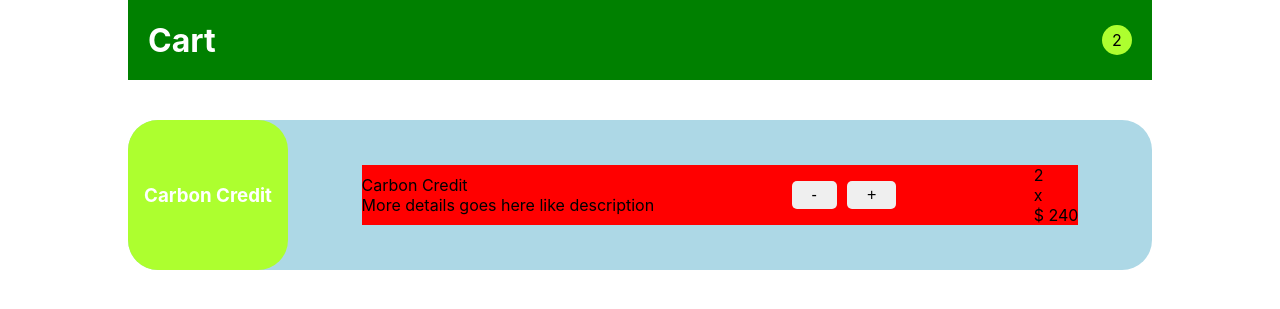
Repository: Yowani24/CarbonApp
Page: /cart
These files come from the project's save history. The page is drawn as it stood at one moment and after the next save; the edit follows.
The browser window is 1280 px wide. The pictures show the whole page.
The project was rebuilt for these pictures with package versions that can differ from the ones it lists, and the page was loaded fresh each time. The framework's server and built-in components were replaced by stand-ins that run in the browser. Also part of the build but not shown: next.config.js.

Above is the page before, as saved 2021-09-26 20:37:50.

After the next save:
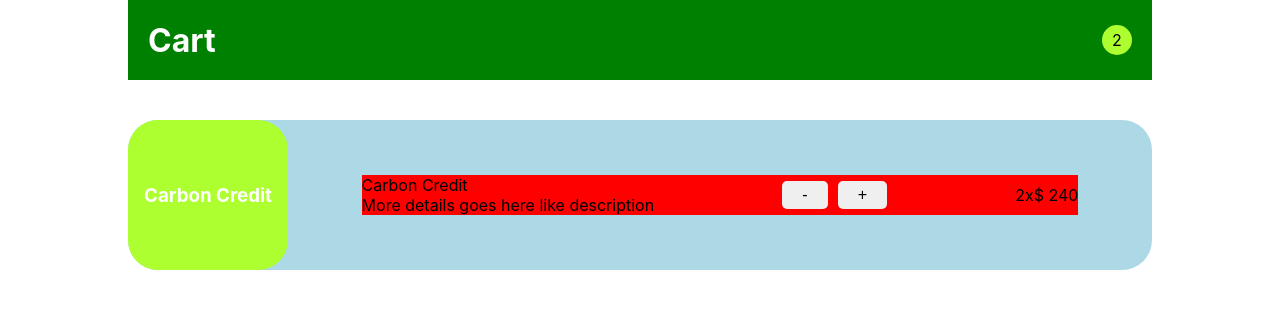
Saved 33 s later.
--- a/pages/cart/Cart.module.css
+++ b/pages/cart/Cart.module.css
@@ -65,3 +65,6 @@
 .quantity_controls button:active{
     background: gainsboro;
 }
+.current_money{
+    display: flex;
+}
